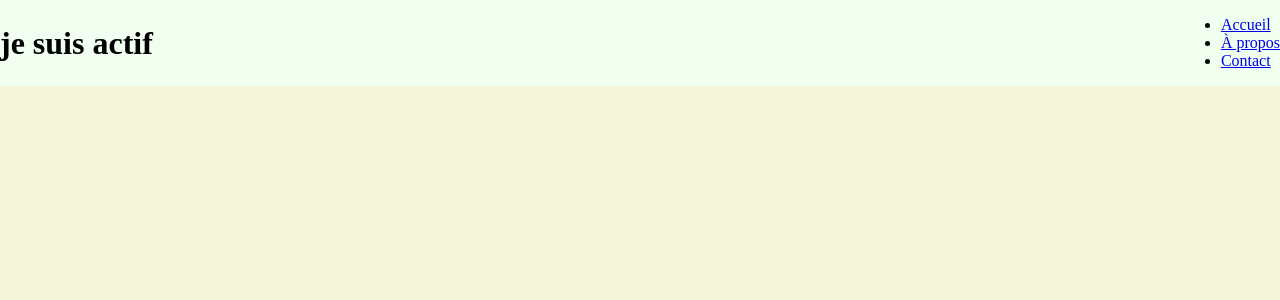
Repository: prestige225/prestige_services_et_finances
Page: PPL.HTML
These files come from the project's save history. The page is drawn as it stood at one moment and after the next save; the edit follows.
The browser window is 1280 px wide. The pictures show the whole page.

Above is the page before, as saved 2025-06-01 18:22:16.

### PPL.HTML

<!DOCTYPE html>
<html lang="en">
<head>
    <meta charset="UTF-8">
    <meta name="viewport" content="width=device-width, initial-scale=1.0">
    <title>Document</title>
</head>
<style>
    body {
        background-color: beige;
        margin: 0PX;
        padding: 0%;
    }
    header {
        background-color: rgb(240, 255, 240);
        padding: 0PX;
        margin: 0PX;
        display: flex;
        justify-content: space-between;
        align-items: center;
    }
</style>
<body>
    <header>
        <h1>
            je suis actif
        </h1>
        <nav>
            <ul>
                <li><a href="index.html">Accueil</a></li>
                <li><a href="about.html">À propos</a></li>
                <li><a href="contact.html">Contact</a></li>

                </li>
            </ul>

        </nav>
    </header>
</body>
</html>

After the next save:
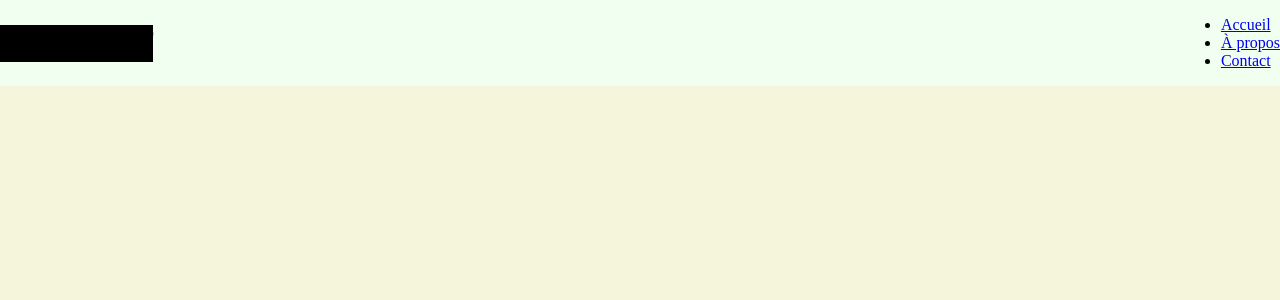
Saved 59 s later.
--- a/PPL.HTML
+++ b/PPL.HTML
@@ -20,6 +20,9 @@
         justify-content: space-between;
         align-items: center;
     }
+    header h1 {
+        background-color: black;
+    }
 </style>
 <body>
     <header>

After the save that followed:
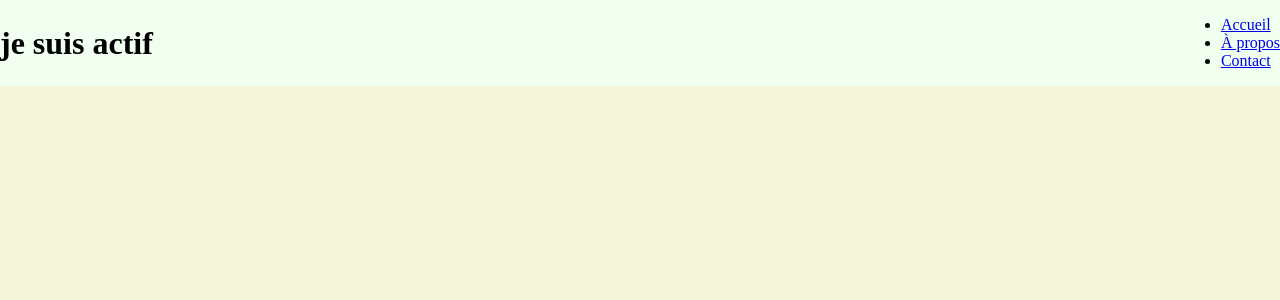
Saved 28 s later.
--- a/PPL.HTML
+++ b/PPL.HTML
@@ -21,7 +21,7 @@
         align-items: center;
     }
     header h1 {
-        background-color: black;
+        color: black;
     }
 </style>
 <body>
